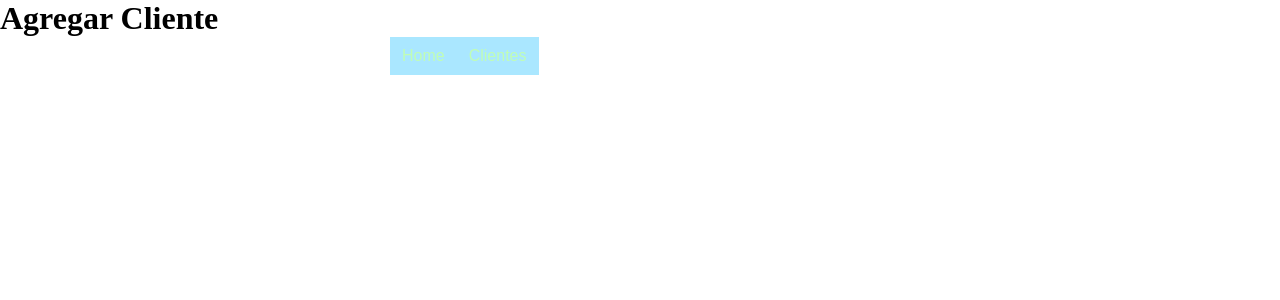
Repository: felipeps23/Java
Page: http://localhost/CRUD-MVC/AgregarCliente
These files come from the project's save history. The page is drawn as it stood at one moment and after the next save; the edit follows.
The browser window is 1280 px wide. The pictures show the whole page.
The page is served by Tomcat 9. Other server files are loaded and not shown.

Above is the page before, as saved 2021-10-03 18:02:46.

### CRUD-MVC/src/main/webapp/AgregarCliente.jsp
<%@ page language="java" contentType="text/html; charset=ISO-8859-1"
    pageEncoding="ISO-8859-1"%>
<!DOCTYPE html>
<html>
<head>
	<meta charset="ISO-8859-1">
	<title>Agregar Cliente</title>
	<link rel="stylesheet" type="text/css" href="style.css">
	<%@ taglib prefix="c" uri="http://java.sun.com/jsp/jstl/core" %>
</head>
<body>
	<h1>Agregar Cliente</h1>
	<div id="header">
		<ul class="nav">
			<li><a href="${pageContext.request.contextPath}/index.jsp">Home</a></li>
			<li><a>Clientes</a>
				<ul>
					<li><a href="${pageContext.request.contextPath}/AgregarCliente">Agregar Cliente</a></li>
					<li><a href="${pageContext.request.contextPath}/VerDetalleCliente">Ver Cliente</a></li>
					<li><a href="${pageContext.request.contextPath}/ListadoClientes">Listar Clientes</a></li>
					<li><a href="${pageContext.request.contextPath}/EditarCliente">Editar Cliente</a></li>
					<li><a href="${pageContext.request.contextPath}/EliminarCliente">Eliminar Cliente</a></li>
				</ul>
			</li>
		</ul>
	</div>
</body>
</html>

### CRUD-MVC/src/main/java/controlador/AgregarCliente.java
package controlador;

import java.io.IOException;

import javax.servlet.ServletException;
import javax.servlet.annotation.WebServlet;
import javax.servlet.http.HttpServlet;
import javax.servlet.http.HttpServletRequest;
import javax.servlet.http.HttpServletResponse;

import dao.ClienteDao;
import modelo.Cliente;

/*
 *
 * Servlet implementacion de clase ClienteController
 *
 */

@WebServlet("/AgregarCliente")
public class AgregarCliente extends HttpServlet {

	/**
	 *
	 */
	private static final long serialVersionUID = 1L;

	public AgregarCliente() {
		super();
	}

	protected void doGet(HttpServletRequest request, HttpServletResponse response) throws ServletException, IOException {

		request.getRequestDispatcher("AgregarCliente.jsp").forward(request, response);
	}

	protected void doPost(HttpServletRequest request, HttpServletResponse response) throws ServletException, IOException {

		String nombre = request.getParameter("nombre");
		int telefono = Integer.parseInt(request.getParameter("telefono"));
		String email = request.getParameter("email");
		String rubro = request.getParameter("rubro");
		String direccion = request.getParameter("direccion");

		Cliente cli = new Cliente(nombre, telefono, email, rubro, direccion);
		ClienteDao clientedao = new ClienteDao();

		boolean agregar = false;
		agregar = clientedao.agregar(cli);

		String mensaje = "";

		if (agregar) {
			mensaje = "El cliente se agrego correctamente";
		} else {
			mensaje = "Ocurrio un error al procesar la solicitud";
		}

		request.setAttribute("ccmensaje", mensaje);
		request.getRequestDispatcher("AgregarCliente.jsp").forward(request, response);

	}

}

### CRUD-MVC/src/main/webapp/style.css
@charset "ISO-8859-1";

*{
	margin:0px;
	padding:0px;

}

#header {
	margin:auto;
	width:500px;
	font-family:Arial, Helvetica, sans-serif;
	margin-bottom:10px;
}

ul, ol {
	list-style:none;
}

.nav > li {
	float:left;
}

.nav li a {
	background-color:rgb(170, 231, 255);
	color:rgb(193, 253, 181);
	text-decoration:none;
	padding:10px 12px;
	display:block;
}

.nav li a:hover {
	background-color:#2649a8;
}

.nav li ul {
	display:none;
	position:absolute;
	min-width:140px;
}

.nav li:hover > ul {
	display:block;
}

.nav li ul li {
	position:relative;
}

.nav li ul li ul {
	right:-140px;
	top:0px;
}

After the next save:
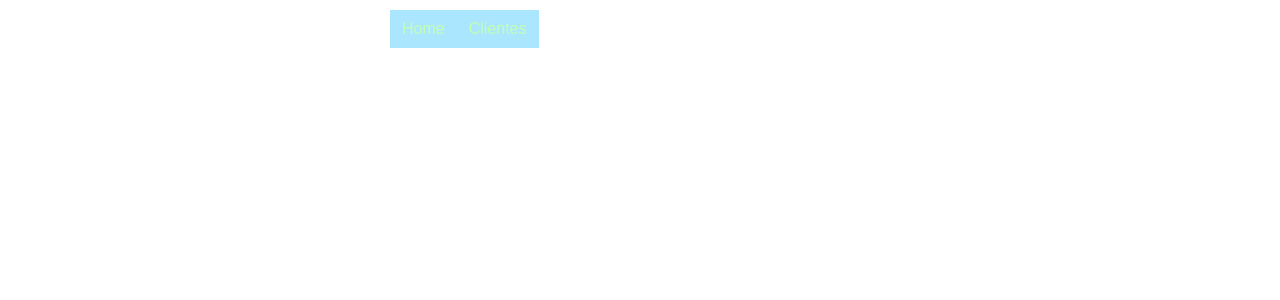
Saved 27 s later.
--- a/CRUD-MVC/src/main/webapp/AgregarCliente.jsp
+++ b/CRUD-MVC/src/main/webapp/AgregarCliente.jsp
@@ -9,7 +9,6 @@
 	<%@ taglib prefix="c" uri="http://java.sun.com/jsp/jstl/core" %>
 </head>
 <body>
-	<h1>Agregar Cliente</h1>
 	<div id="header">
 		<ul class="nav">
 			<li><a href="${pageContext.request.contextPath}/index.jsp">Home</a></li>
